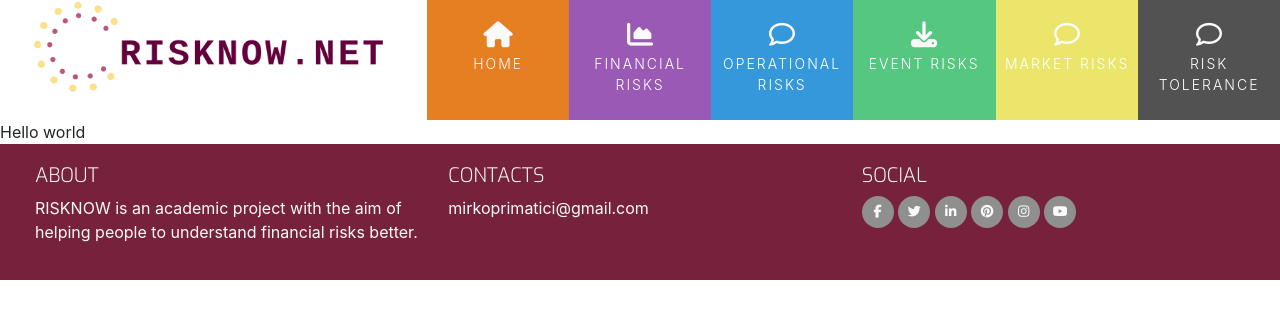
Repository: mirkoprimaticix/risknow.net
Page: index.html
The author's editor kept a record of every edit. The page is drawn from the files as they stood at one moment, then again after the next edit.
The browser window is 1280 px wide. The pictures show the whole page.
Some web libraries are served in a nearby version.

Above is the page before.
Console error: TypeError: Cannot read properties of undefined (reading 'fn')

After the next edit:
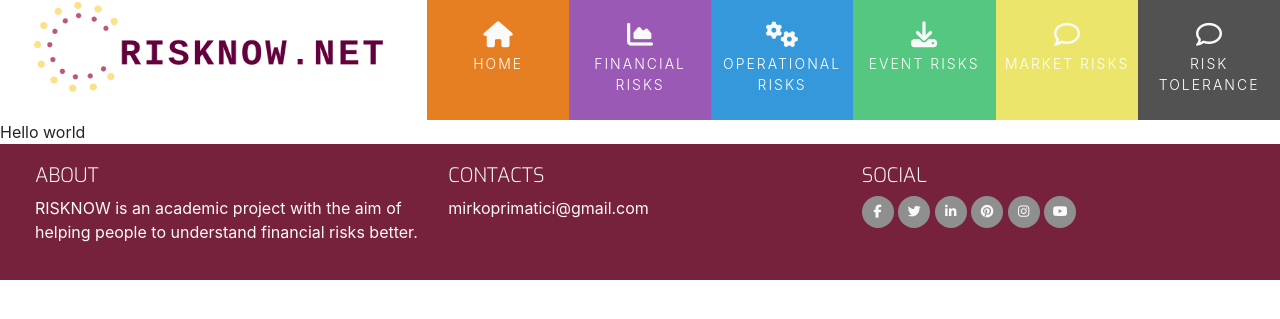
The edit:
--- a/index.html
+++ b/index.html
@@ -29,7 +29,7 @@
                                 <a href="resume.html" class="hvr-sweep-to-bottom"><i class="fas fa-chart-area" aria-hidden="true"></i><span>Financial Risks</span></a>
                             </li>
                             <li class="col-6 col-sm-2 list-inline-item ui-menu-color-or menuitem">
-                                <a href="contact.html" class="hvr-sweep-to-bottom"><i class="fa fa-comment-o" aria-hidden="true"></i><span>Operational Risks</span></a>
+                                <a href="contact.html" class="hvr-sweep-to-bottom"><i class="fas fa-cogs" aria-hidden="true"></i><span>Operational Risks</span></a>
                             </li>
                             <li class="col-6 col-sm-2 list-inline-item ui-menu-color-er menuitem">
                                 <a href="assets/cv/cv-mirko.pdf" target="_blank" class="hvr-sweep-to-bottom"><i class="fa fa-download" aria-hidden="true"></i><span>Event Risks</span></a>
